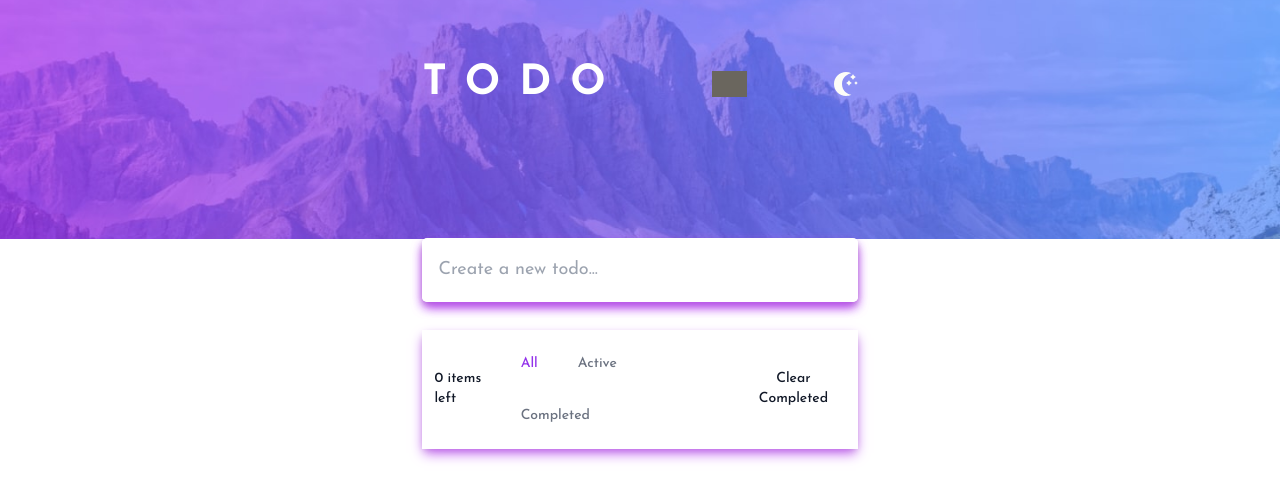
Repository: ikram-lisa/todo-list
Page: /
An editor plug-in stored every save of this project. The page is shown before and after the next save, followed by the edit.
The browser window is 1280 px wide. The pictures show the whole page.
Pictures or frames that could not be fetched are drawn as grey boxes. The project was rebuilt for these pictures with package versions that can differ from the ones it lists, and the page was loaded fresh each time. Also part of the build but not shown: vite.config.js.

Above is the page before, as saved 2024-05-15 09:50:24.

### src/main.jsx
import React from "react";
import ReactDOM from "react-dom/client";
import App from "./App.jsx";
import "./css/style.scss";
ReactDOM.createRoot(document.getElementById("root")).render(
  <React.StrictMode>
    <App />
  </React.StrictMode>
);

### src/App.jsx
import Defaultlayout from "./layout/defaultlayout";
import Todolist from "./pages/Todolist";
const App = () => {
  return (
    <>
      <Defaultlayout>
        <Todolist />
      </Defaultlayout>
    </>
  );
};
export default App;

### src/css/style.scss
@use "./base/fonts";
@use "./base/variable" as *;
@use "./base/mixins" as *;
@tailwind base;
@tailwind components;
@tailwind utilities;

body {
  font-size: 18px;
  font-family: "Josefin Sans", sans-serif;
  font-weight: 400;
}

.container-todo {
  width: 100%;
  height: 100vh;
}
.bg-light-theme {
  background-image: url("../assets/images/bg-desktop-light.jpg");
  background-position: center;
  background-size: cover;
  overflow-x: hidden;
  position: relative;
  width: 100%;
  min-height: 239px;
}

.bg-dark-theme {
  background-image: url("../assets/images/bg-desktop-dark.jpg");
  background-position: center;
  background-size: cover;
  overflow-x: hidden;
  min-height: 239px;
  position: relative;
  width: 100%;
}
.theme-content {
  width: 34%;
  margin: 53px auto;
  margin-bottom: 20px !important;
  h1 {
    font-weight: 700;
    color: white;
    font-size: 2.6rem;
    letter-spacing: 19px;
  }
  img {
    width: 100%;
    max-width: 35px;
    height: auto;
    display: block;
    cursor: pointer;
    filter: invert(104%) sepia(29%) brightness(99%);
  }
}
.form {
  width: 34%;
  position: absolute;
  top: 33%;
  left: 33%;
}
.search {
  box-shadow: hsl(280, 87%, 65%) 0px 6px 12px -2px,
    rgba(0, 0, 0, 0.3) 0px 3px 7px -3px;
}
.input-search {
  outline: none;
}

/* Custom classes for specific page layouts */
.custom-checkbox input[type="checkbox"] {
  @include customCheckbox;
}

.custom-checkbox .checkbox-custom {
  @include checkboxCustom;
}

.custom-checkbox input[type="checkbox"]:checked + .checkbox-custom {
  @include checkedCheckboxCustom;
}

.custom-checkbox input[type="checkbox"]:checked + .checkbox-custom:after {
  @include checkedCheckboxCustomAfter;
}

.checklist-item {
  margin-bottom: 0.5rem;
  padding: 0.5rem;
  border-radius: 5px;
}
.checklist-label-title {
  background-color: red;
}

.checklist-label {
  margin-left: 0.5rem;
}
.result {
  box-shadow: hsl(280, 87%, 65%) 0px 6px 12px -2px,
    rgba(0, 0, 0, 0.3) 0px 3px 7px -3px;
}
.checked {
  text-decoration: line-through;
  opacity: 0.6;
  text-decoration-color: #323233;
  color: $DarkGrayishBlue;
}

.tab {
}

### src/layout/defaultlayout.jsx
const defaultlayout = ({ children }) => {
  return (
    <>
      <section>{children}</section>
    </>
  );
};
export default defaultlayout;

### src/pages/Todolist.jsx
import { useState } from "react";
import Light from "../assets/images/light.svg";
import Dark from "../assets/images/dark.svg";
import Form from "../components/Form";
const Todolist = () => {
  const [theme, setTheme] = useState("light");
  const handleToggle = () => {
    setTheme(theme === "light" ? "dark" : "light");
  };
  return (
    <>
      <section
        className={`container-todo relative h-[100vh] ${
          theme === "light" ? "bg-white" : "bg-VeryDarkBlueish"
        }`}
      >
        <div
          className={`theme  ${
            theme === "light" ? "bg-light-theme" : "bg-dark-theme"
          } `}
        >
          <div className="theme-content flex justify-between items-center">
            <h1>TODO</h1>
            <img src="../assets/images/moon.svg" alt="" />
            <button onClick={handleToggle}>
              {theme === "light" ? (
                <img src={Dark} alt="dark mode" />
              ) : (
                <img src={Light} alt="light mode" />
              )}
            </button>
          </div>
        </div>
        <div className="form absolute">
          <Form theme={theme} />
        </div>
      </section>
    </>
  );
};
export default Todolist;

### src/css/base/_fonts.scss
@import url("https://fonts.googleapis.com/css2?family=Josefin+Sans:ital,wght@0,100..700;1,100..700&family=Kumbh+Sans:wght@100..900&family=Montserrat:ital,wght@0,100..900;1,100..900&family=Open+Sans:ital,wght@0,400;0,600;0,700;0,800;1,400;1,700;1,800&family=Poppins:ital,wght@0,200;0,300;0,400;0,500;0,600;0,700;0,800;0,900;1,100;1,200;1,300;1,400;1,500;1,600;1,700;1,800;1,900&display=swap");

### src/css/base/_variable.scss
// ### Light Theme

$VeryLightGray: hsl(0, 0%, 98%);
$VeryLightGrayishBlue: hsl(236, 33%, 92%);
$LightGrayishBlue: hsl(233, 11%, 84%);
$DarkGrayishBlue: hsl(236, 9%, 61%);
$VeryDarkGrayishBlue: hsl(235, 19%, 35%);

// ### Dark Theme

$VeryDarkBlue: hsl(235, 21%, 11%);
$VeryDarkBlueish: hsl(235, 24%, 19%);
$LightGrayishBlue: hsl(234, 39%, 85%);
$LightGrayishBlue: hsl(236, 33%, 92%);
$DarkGrayishBlue: hsl(234, 11%, 52%);
$VeryDarkGrayishBlue: hsl(233, 14%, 35%);
$VeryDarkGrayishBlue: hsl(237, 14%, 26%);

### src/css/base/_mixins.scss
@mixin customCheckbox {
  display: none;
}

@mixin checkboxCustom {
  width: 23px;
  height: 23px;
  border: 2px solid #ccc;
  display: inline-block;
  margin-right: 10px;
  vertical-align: middle;
  cursor: pointer;
  border-radius: 50%;
  top: 4px;
}

@mixin checkedCheckboxCustom {
  background-image: linear-gradient(
    to right,
    hsl(192, 100%, 67%),
    hsl(280, 87%, 65%)
  );
  display: flex;
  justify-content: center;
  align-items: center;
  border: none;
}

@mixin checkedCheckboxCustomAfter {
  content: "";

  width: 5px;
  height: 8px;
  border: solid white;
  border-width: 0 3px 3px 0;
  transform: rotate(45deg);
}

### src/components/Form.jsx
import { useState } from "react";
import Tab from "./TabBar";

/* eslint-disable react/prop-types */
const Form = ({ theme }) => {
  const [todos, setTodos] = useState([]);
  const [inputValue, setInputValue] = useState("");
  const [filter, setFilter] = useState("all");
  const handleChange = (e) => {
    setInputValue(e.target.value);
  };
  const handleSubmit = (e) => {
    e.preventDefault();
    if (inputValue.trim() === "") return;
    const newTodo = {
      id: todos.length + 1,
      text: inputValue,
      isCompleted: false,
    };
    setTodos([...todos, newTodo]);
    setInputValue("");
  };
  const handleToggleCompleted = (id) => {
    const updatedTodos = todos.map((todo) => {
      if (todo.id === id) {
        return { ...todo, isCompleted: !todo.isCompleted };
      }
      return todo;
    });
    setTodos(updatedTodos);
  };
  const handleDelete = (id) => {
    const updatedTodos = todos.filter((todo) => todo.id !== id);
    setTodos(updatedTodos);
    console.log("deleted");
  };
  const handleDeleteAll = () => {
    setTodos([]);
  };
  const completedCount = todos.filter((todo) => todo.isCompleted).length;
  const getFilteredTodos = () => {
    switch (filter) {
      case "active":
        return todos.filter((todo) => !todo.isCompleted);
      case "completed":
        return todos.filter((todo) => todo.isCompleted);
      default:
        return todos;
    }
  };

  const filteredTodos = getFilteredTodos();
  return (
    <>
      <section className="search rounded-[5px] relative w-full h-16 flex items-center">
        <form
          onSubmit={handleSubmit}
          className="search rounded-[5px] relative w-full h-16 flex items-center"
        >
          <input
            type="text"
            value={inputValue}
            onChange={handleChange}
            className={`input-search block w-full p-4 text-lg text-gray-900 ${
              theme === "dark"
                ? "bg-VeryDarkBlueish text-white"
                : "bg-white text-gray-900"
            } rounded-[5px] w-full h-16 flex items-center`}
            placeholder="Create a new todo..."
          />
        </form>
      </section>
      <section className="result mt-7">
        <ul
          className={`w-full text-sm font-medium ${
            theme === "dark"
              ? "bg-VeryDarkBlueish text-white border-gray-600"
              : "bg-white text-gray-900 border-gray-200"
          } rounded-[5px]`}
        >
          {filteredTodos.map((todo) => (
            <li
              key={todo.id}
              className={`w-full border-b border-gray-500 rounded-t-lg dark:border-gray-600 ${
                todo.isCompleted ? "checked" : ""
              }`}
            >
              <div className="flex items-center justify-between ps-3">
                <label className="custom-checkbox flex items-center gap-3 w-full py-5 ms-2 text-sm font-medium">
                  <input
                    type="checkbox"
                    checked={todo.isCompleted}
                    onChange={() => handleToggleCompleted(todo.id)}
                    className="mr-5 mt-2"
                  />
                  <div className="checkbox-custom"></div>
                  {todo.text}{" "}
                </label>
                <button
                  type="button"
                  onClick={() => handleDelete(todo.id)}
                  className="ms-auto -ml-1.5 mr-[0.625rem] text-[transparent] font-bold hover:text-gray-500  p-1.5
       inline-flex items-center justify-center h-7 w-7 "
                >
                  <span className="sr-only">Close</span>
                  <svg
                    className="w-5 h-5"
                    aria-hidden="true"
                    xmlns="http://www.w3.org/2000/svg"
                    fill="none"
                    viewBox="0 0 14 14"
                  >
                    <path
                      stroke="currentColor"
                      strokeLinecap="round"
                      strokeLinejoin="round"
                      strokeWidth="2"
                      d="m1 1 6 6m0 0 6 6M7 7l6-6M7 7l-6 6"
                    />
                  </svg>
                </button>
              </div>
            </li>
          ))}

          <li className="w-full">
            <div className="flex items-center justify-between py-2 px-3">
              <span>{completedCount} items left</span>
              <div className="tab">
                <Tab setFilter={setFilter} currentFilter={filter} />
              </div>
              <button onClick={handleDeleteAll}>Clear Completed</button>
            </div>
          </li>
        </ul>
      </section>
    </>
  );
};
export default Form;

### src/components/TabBar.jsx
/* eslint-disable react/prop-types */
const Tab = ({ setFilter, currentFilter }) => {
  return (
    <>
      <ul
        className="flex flex-wrap -mb-px text-sm font-medium text-center"
        role="tablist"
      >
        {["All", "Active", "Completed"].map((tab) => (
          <li key={tab} className="me-2" role="presentation">
            <button
              className={`inline-block p-4 ${
                currentFilter === tab.toLowerCase()
                  ? "text-purple-600 border-purple-600"
                  : "text-gray-500 hover:text-gray-600 border-gray-100 hover:border-gray-300"
              }`}
              onClick={() => setFilter(tab.toLowerCase())}
              role="tab"
            >
              {tab}
            </button>
          </li>
        ))}
      </ul>
    </>
  );
};
export default Tab;

Loaded but not shown: index.html (common file); tailwind.config.js (1082 lines, source omitted)

After the next save:
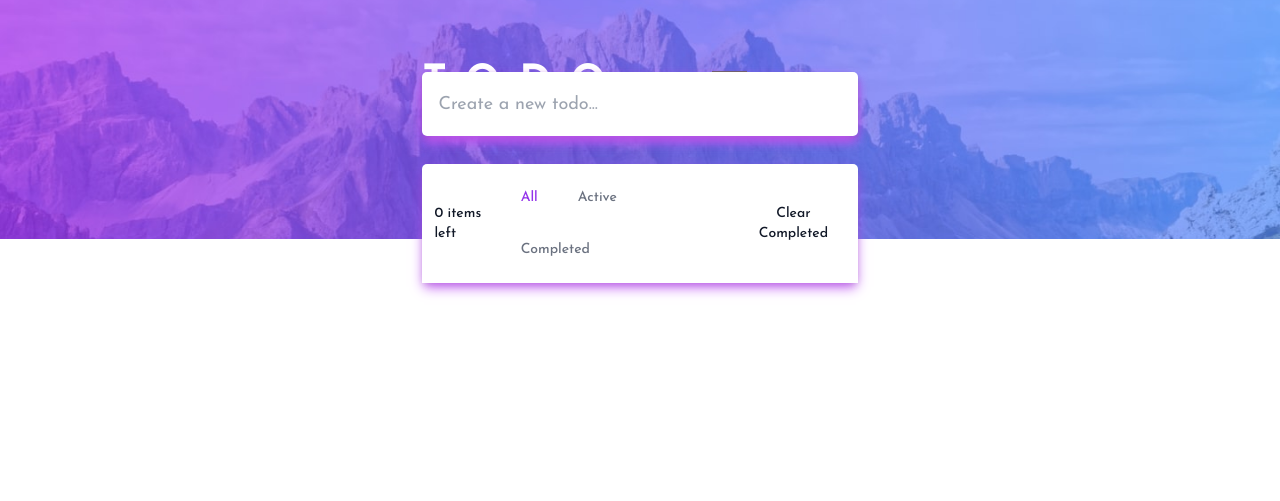
Saved 28 s later.
--- a/src/css/style.scss
+++ b/src/css/style.scss
@@ -56,7 +56,7 @@ body {
 .form {
   width: 34%;
   position: absolute;
-  top: 33%;
+  top: 10%;
   left: 33%;
 }
 .search {
